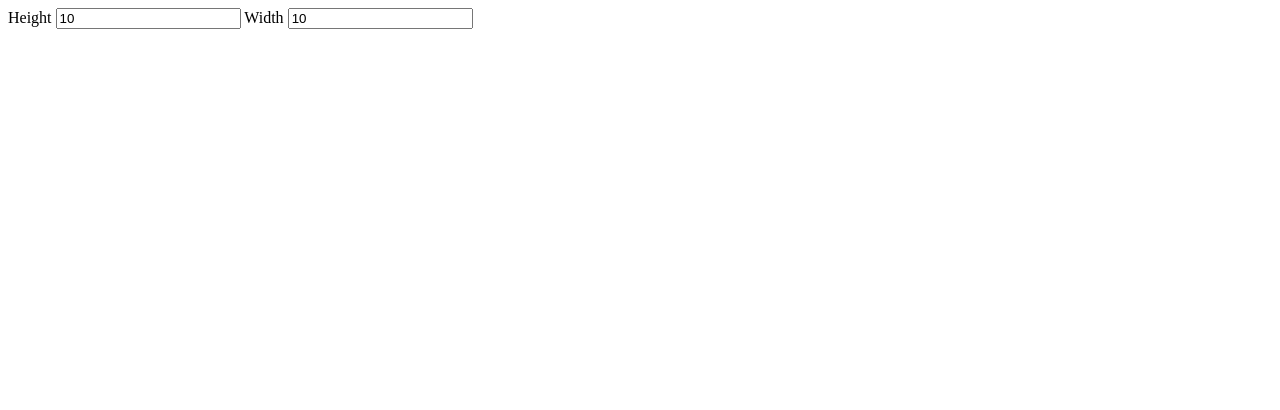
Repository: roast-rabbit/emoji-art-generator
Page: index.html
An editor plug-in stored every save of this project. The page is shown before and after the next save, followed by the edit.
The browser window is 1280 px wide. The pictures show the whole page.

Above is the page before, as saved 2022-12-06 15:00:31.

After the next save:
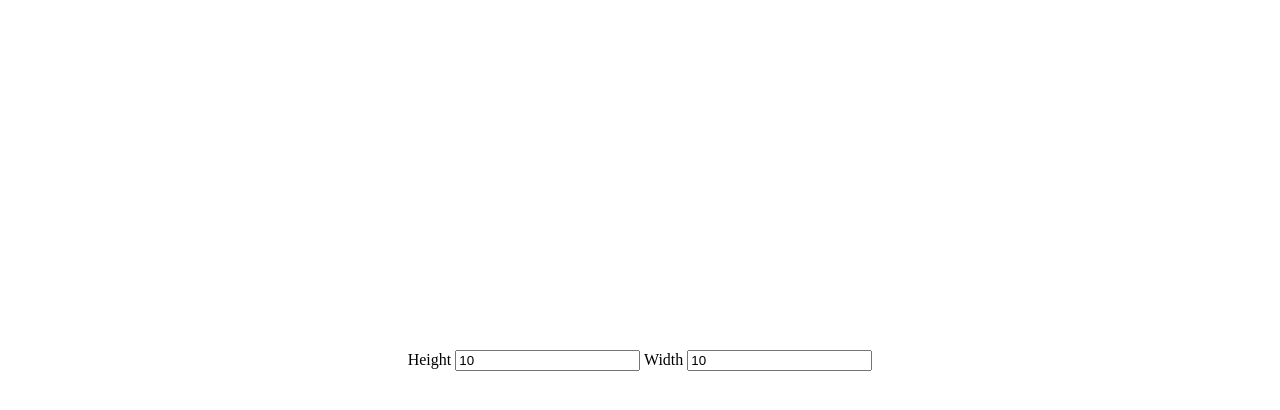
Saved 45 s later.
--- a/index.html
+++ b/index.html
@@ -5,6 +5,7 @@
     <meta http-equiv="X-UA-Compatible" content="IE=edge" />
     <meta name="viewport" content="width=device-width, initial-scale=1.0" />
     <title>Emoji art generator</title>
+    <link rel="stylesheet" href="styles.css" />
   </head>
   <body>
     <div id="stats">
